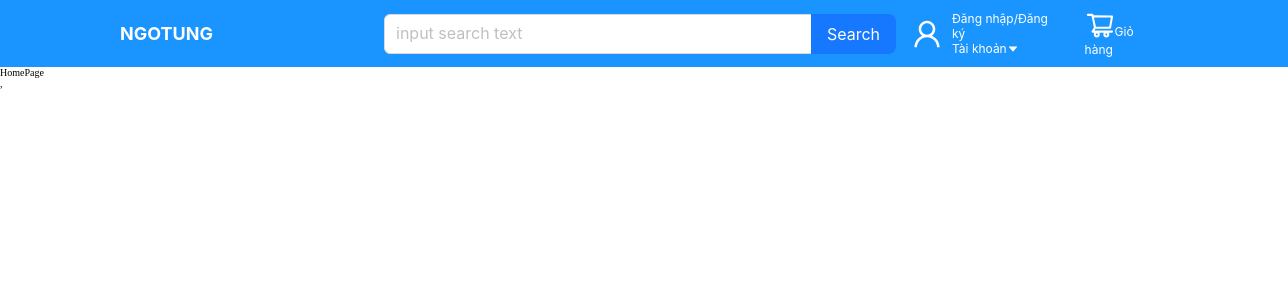
Repository: NgoThanhTung-2002/Youtube_Project
Page: /
An editor plug-in stored every save of this project. The page is shown before and after the next save, followed by the edit.
The browser window is 1280 px wide. The page is 1288 px wide, so the pictures cover 1288 px, including what lies to the right of the window. The pictures show the whole page.
The project was rebuilt for these pictures with package versions that can differ from the ones it lists, and the page was loaded fresh each time. Also part of the build but not shown: src/pages/NotFoundPage/NotFoundPage.jsx. Imported but missing from the stored project, and not drawn on this page: src/pages/OrderPage/OrderPage, src/pages/ProductsPage/ProductsPage.

Above is the page before, as saved 2023-09-26 12:51:05.

### src/index.js
import React from 'react';
import ReactDOM from 'react-dom/client';
import './index.css';
import App from './App';
import reportWebVitals from './reportWebVitals';

import 'antd/dist/antd';
import { Provider } from 'react-redux'

import { store } from './redux/store';
const root = ReactDOM.createRoot(document.getElementById('root'));
root.render(
  <React.StrictMode>
  <Provider  store={store}>
    <App />
    </Provider>,
  </React.StrictMode>
);

// If you want to start measuring performance in your app, pass a function
// to log results (for example: reportWebVitals(console.log))
// or send to an analytics endpoint. Learn more: https://bit.ly/CRA-vitals
reportWebVitals();

### src/App.js
import React, { Fragment } from 'react'
import { BrowserRouter as Router, Routes, Route} from 'react-router-dom'

import { routes } from './pages/routes'
import DefaultComponent from './components/DefaultComponent/DefaultComponent'

function App() {


  return (
    <div>
      <Router>
        <Routes>
          {routes.map((route)=>{
            const Page = route.page
            const Layout = route.isShowHeader? DefaultComponent: Fragment
            return (
              <Route key={route.path} path={route.path} element={
                <Layout>
                  <Page/>
                </Layout>
              }/>
            )
          })}
        </Routes>
      </Router>
    </div>
  )
}

export default App

### src/redux/store.js
import { configureStore } from '@reduxjs/toolkit'
import counterReducer  from './slides/counterSlide'

export const store = configureStore({
  reducer: {
    counter: counterReducer
  },
})

### src/pages/routes/index.js
import HomePage from "../HomePage/HomePage";
import NotFoundPage from "../NotFoundPage/NotFoundPage";
import OrderPage from "../OrderPage/OrderPage";
import ProductsPage from "../ProductsPage/ProductsPage";

export const routes = [
    {
        path: '/',
        page: HomePage,
        isShowHeader: true
    },
    {
        path: '/order',
        page: OrderPage,
        isShowHeader: true
    },
    {
        path: '/products',
        page:  ProductsPage,
        isShowHeader: true
    },
    {
        path: '*',
        page:  NotFoundPage
    },
]

### src/components/DefaultComponent/DefaultComponent.jsx
import React from 'react'
import HeaderComponent from '../HeaderComponent/HeaderComponent'

const DefaultComponent = ({children}) => {
  return (
    <div>
      <HeaderComponent/>
      {children}
    </div>
  )
}

export default DefaultComponent

### src/redux/slides/counterSlide.js
import { createSlice } from '@reduxjs/toolkit'

const initialState = {
    value: 0,
}

export const counterSlice = createSlice({
    name: 'counter',
    initialState,
    reducers: {
        increment: (state) => {
            state.value +=1
        },
        decrement: (state) => {
            state.value -= 1
        },
        incrementByAmount: (state, action) => {
            state.value += action.payload
        },
    },
})

export const { increment, decrement, incrementByAmount } = counterSlice.actions

export default counterSlice.reducer

### src/components/HeaderComponent/HeaderComponent.jsx
import { Col } from "antd";
import React from "react";
import {
  WrapperHeader,
  WrapperHeaderAccount,
  WrapperTextHeader,
  WrapperTextHeaderSmall,
} from "./style";
import Search from "antd/es/input/Search";
import {
  UserOutlined,
  CaretDownOutlined,
  ShoppingCartOutlined,
} from "@ant-design/icons";

const HeaderComponent = () => {
  return (
    <div>
      <WrapperHeader gutter={16}>
        <Col span={6}>
          <WrapperTextHeader>NGOTUNG</WrapperTextHeader>
        </Col>
        <Col span={12}>
          <Search
            placeholder="input search text"
            allowClear
            enterButton="Search"
            size="large"
            // onSearch={onSearch}
          />
        </Col>
        <Col span={6} style={{display: "flex", gap: '30px'}}>
          <WrapperHeaderAccount>
            <UserOutlined style={{ fontSize: "30px" }} />
            <div>
              <WrapperTextHeaderSmall>Đăng nhập/Đăng ký</WrapperTextHeaderSmall>
              <div>
                <WrapperTextHeaderSmall>Tài khoản</WrapperTextHeaderSmall>
                <CaretDownOutlined />
              </div>
            </div>
          </WrapperHeaderAccount>
          <div>
            <ShoppingCartOutlined style={{fontSize: '30px', color: '#fff'}}/>
            <WrapperTextHeaderSmall>Giỏ hàng</WrapperTextHeaderSmall>
          </div>
        </Col>
      </WrapperHeader>
    </div>
  );
};

export default HeaderComponent;

### src/components/HeaderComponent/style.js
import { Row } from "antd";
import styled from "styled-components";

export const WrapperHeader = styled(Row)`
    padding: 10px 120px;
    background-color: rgb(26, 148, 255);
    align-items: center;
`

export const WrapperTextHeader = styled.span`
    font-size: 18px;
    color: #fff;
    font-weight: bold;
    text-align: left;
`

export const WrapperHeaderAccount = styled.div`
    display: flex;
    align-items: center;
    color: #fff;
    gap: 10px;
    font-size: 12px;
`

export const WrapperTextHeaderSmall = styled.span`
    font-size: 12px;
    color: #fff;
`

Loaded but not shown: public/index.html (common file); src/index.css (common file); src/reportWebVitals.js (common file); src/pages/HomePage/HomePage.jsx (common file)

After the next save:
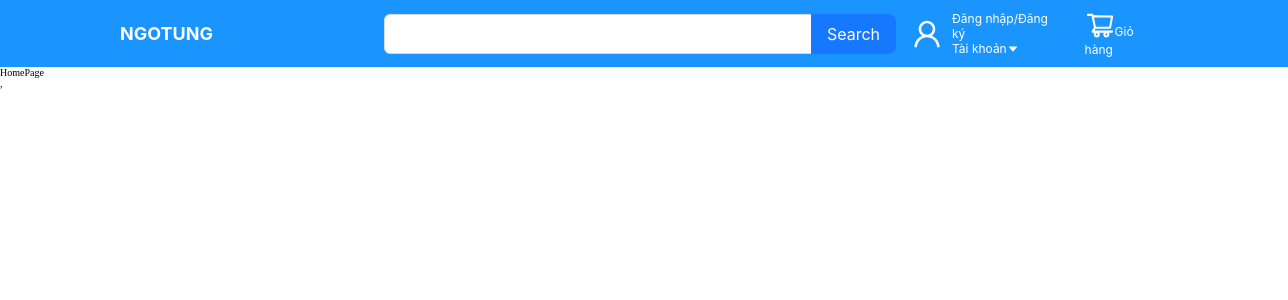
Saved 14 min 18 s later.
--- a/src/components/HeaderComponent/HeaderComponent.jsx
+++ b/src/components/HeaderComponent/HeaderComponent.jsx
@@ -22,7 +22,7 @@ const HeaderComponent = () => {
         </Col>
         <Col span={12}>
           <Search
-            placeholder="input search text"
+            placeholder=""
             allowClear
             enterButton="Search"
             size="large"
